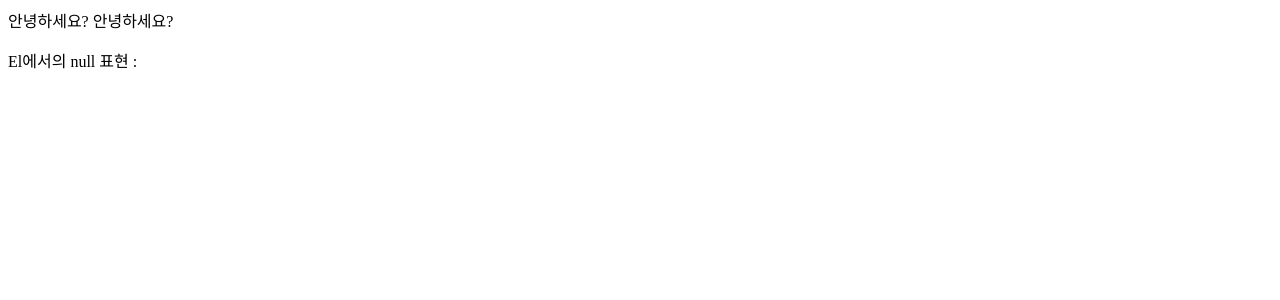
Repository: angwanghyeon/eclipse
Page: http://localhost/sec06/03_EL.jsp
These files come from the project's save history. The page is drawn as it stood at one moment and after the next save; the edit follows.
The browser window is 1280 px wide. The pictures show the whole page.
The page is served by Tomcat 9.

Above is the page before, as saved 2023-09-01 02:38:17.

After the next save:
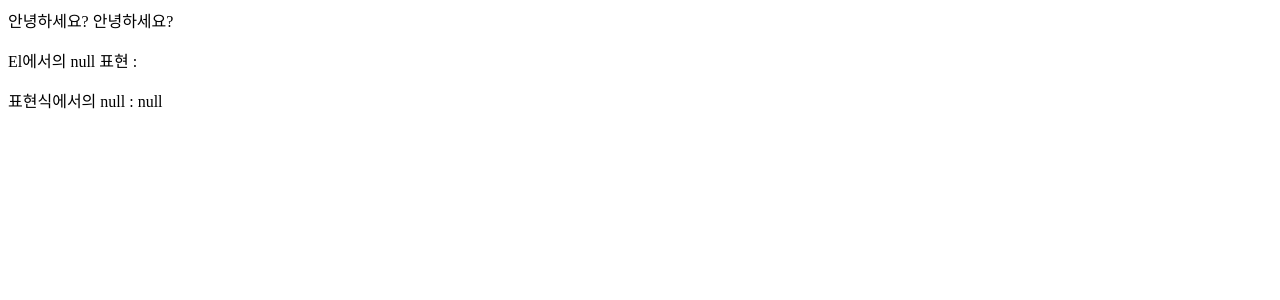
Saved 56 s later.
--- a/sec06/src/main/webapp/03_EL.jsp
+++ b/sec06/src/main/webapp/03_EL.jsp
@@ -13,5 +13,6 @@
 El에서의 null 표현 : ${null}
 </p>
 <p><% String input=null; %></p>
+<p>표현식에서의 null : <%= input %> </p>
 </body>
 </html>
